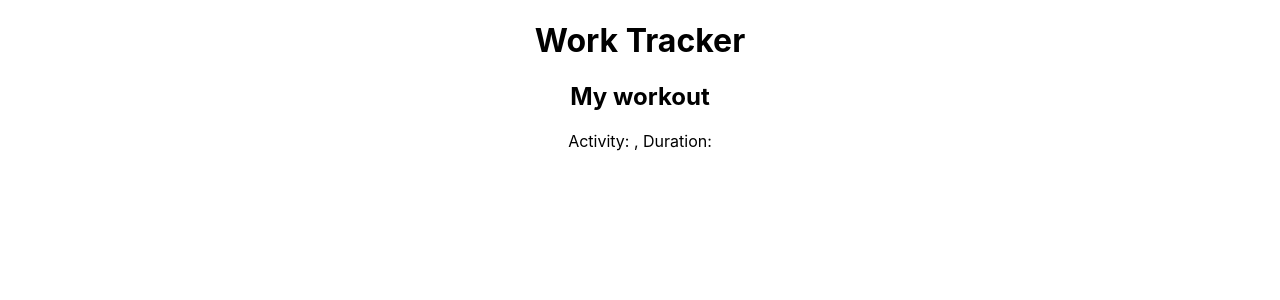
Repository: sudhakaryadav07/react-hooks
Page: /
The author's editor kept a copy of each file at every save. The page is drawn from the files as they stood at one save, then again after the next save.
The browser window is 1280 px wide. The pictures show the whole page.
The project was rebuilt for these pictures with package versions that can differ from the ones it lists, and the page was loaded fresh each time.

Above is the page before, as saved 2021-03-25 10:33:17.

After the next save:
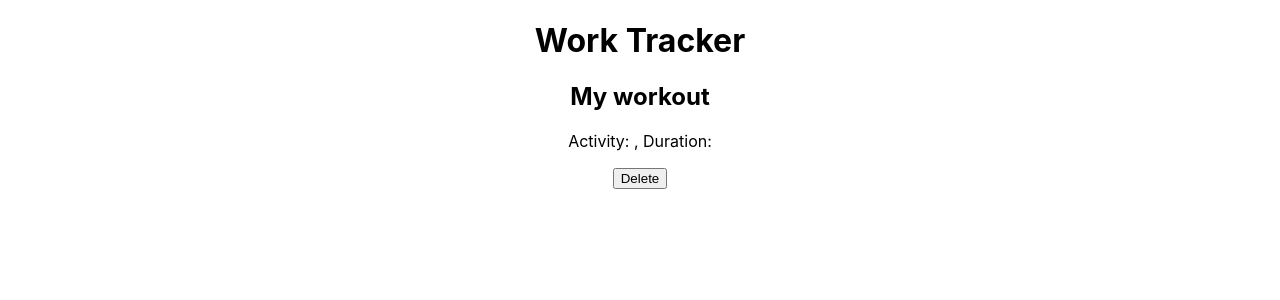
Saved 40 min 12 s later.
--- a/src/components/Activity.js
+++ b/src/components/Activity.js
@@ -1,9 +1,10 @@
 import React from 'react'
 
-const Activity = ({name,duration}) => {
+const Activity = ({ name, duration }) => {
     return (
         <div>
             <p>Activity: {name}, Duration: {duration}</p>
+            <button>Delete</button>
         </div>
     )
 }
